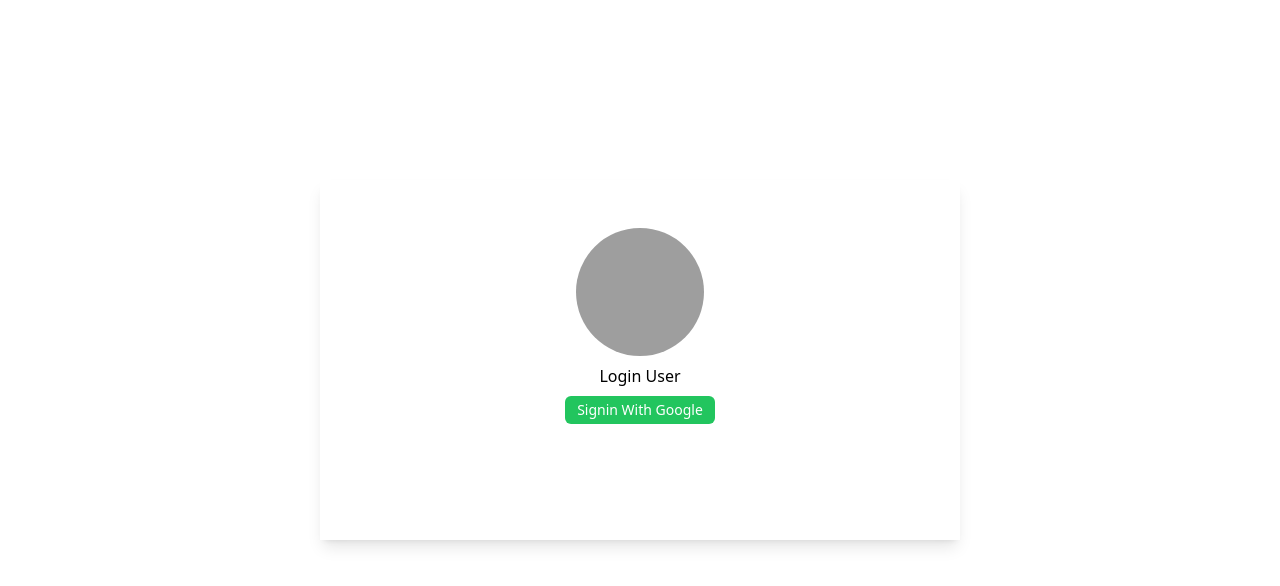
Repository: Shamraiz761/Slack_clone
Page: /
The author's editor kept a copy of each file at every save. The page is drawn from the files as they stood at one save, then again after the next save.
The browser window is 1280 px wide. The pictures show the whole page.
Pictures or frames that could not be fetched are drawn as grey boxes. The project was rebuilt for these pictures with package versions that can differ from the ones it lists, and the page was loaded fresh each time. Also part of the build but not shown: vite.config.js.

Above is the page before, as saved 2024-01-16 14:20:21.

After the next save:
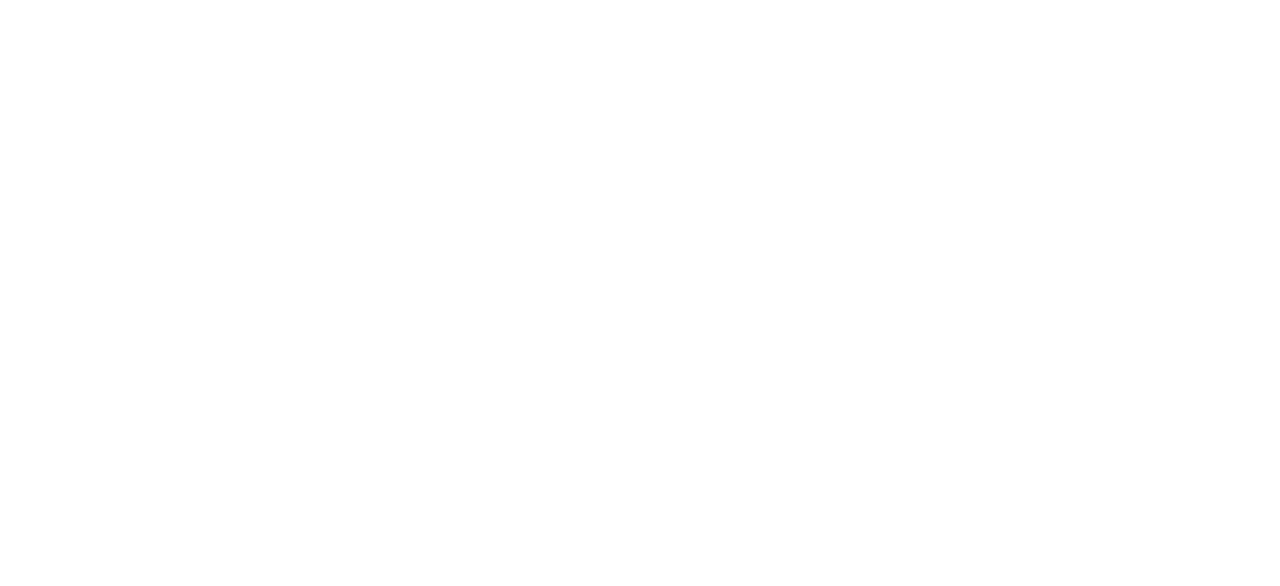
Console error: ReferenceError: auth is not defined
Saved 53 s later.
--- a/src/user/User.jsx
+++ b/src/user/User.jsx
@@ -1,5 +1,5 @@
 import React from "react";
-
+{ auth, provider }
 function User() {
   return (
     <div className="flex justify-center items-center h-screen w-full">

After the 2 saves that followed:
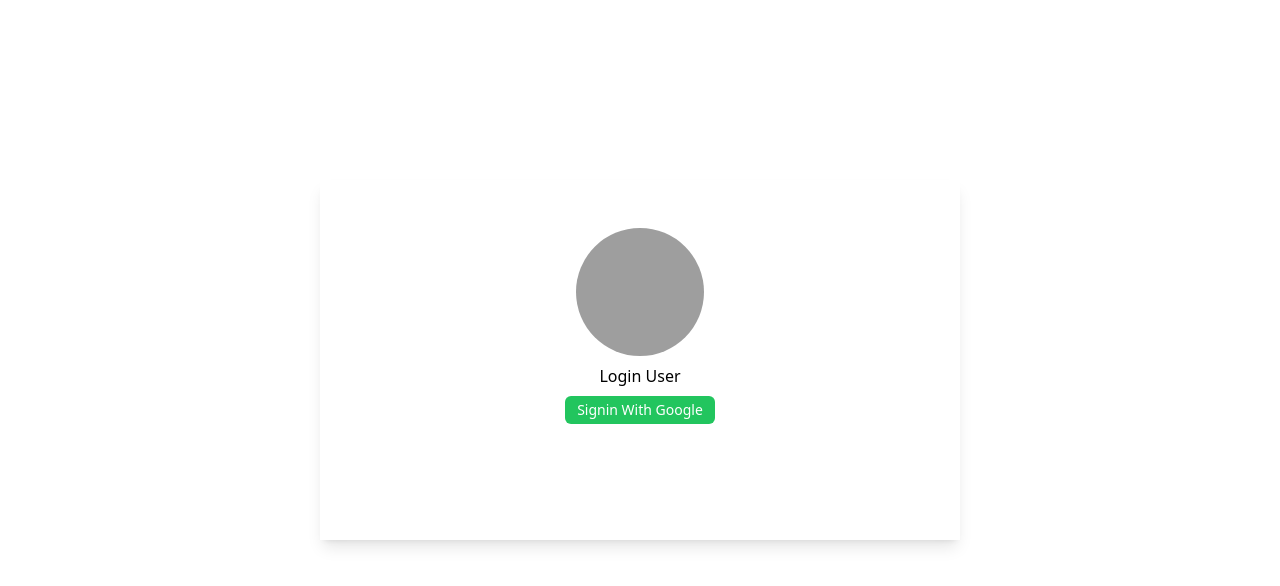
The error is gone.
The 2 saves are shown as one change because 1 did not build or start.
The last was saved 10 s later.
--- a/src/user/User.jsx
+++ b/src/user/User.jsx
@@ -1,5 +1,5 @@
 import React from "react";
-{ auth, provider }
+import { auth, provider } from ''
 function User() {
   return (
     <div className="flex justify-center items-center h-screen w-full">
